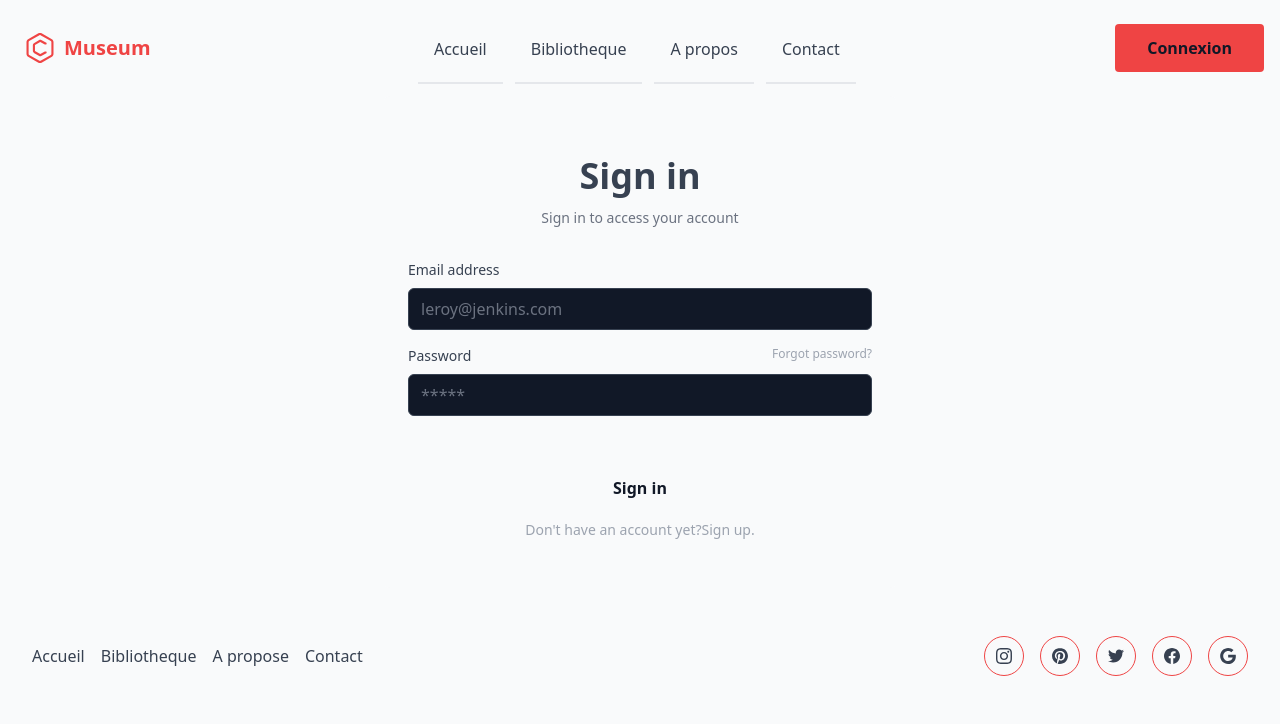
Repository: erulabs243/museum
Page: /login
An editor plug-in stored every save of this project. The page is shown before and after the next save, followed by the edit.
The browser window is 1280 px wide. The pictures show the whole page.
The project was rebuilt for these pictures with package versions that can differ from the ones it lists, and the page was loaded fresh each time. Also part of the build but not shown: vite.config.js, src/pages/admin/Home.jsx, src/pages/commons/NotFound.jsx, src/components/atoms/TagBadge.jsx, src/components/atoms/MyAudioPlayer.jsx, src/components/atoms/MyVideoPlayer.jsx, src/components/atoms/MediaCard.jsx, src/components/sections/Testimonial.jsx and 16 more.

Above is the page before, as saved 2022-08-10 18:55:33.

### index.html
<!DOCTYPE html>
<html lang="en">
  <head>
    <meta charset="UTF-8" />
    <link rel="icon" type="image/svg+xml" href="/vite.svg" />
    <link rel="stylesheet" href="src/theme/App.css">
    <meta name="viewport" content="width=device-width, initial-scale=1.0" />
    <title>Museum...</title>
  </head>
  <body class="bg-gray-50">
    <div id="root"></div>
    <script type="module" src="/src/main.jsx"></script>
  </body>
</html>

### src/App.jsx
'use strict';

import {BrowserRouter, Route, Routes} from 'react-router-dom';
import { AdminRoutes, CommonsRoutes, UserRoutes, AuthRoutes } from './routes';

const App = () => {
  return (
      <BrowserRouter>
        <Routes>
          {AuthRoutes.map(route => <Route path={route.path} key={route.path} element={route.element} />)}
          {UserRoutes.map(route => <Route path={route.path} key={route.path} element={route.element} />)}
          {AdminRoutes.map(route => <Route path={route.path} key={route.path} element={route.element} />)}
          {CommonsRoutes.map(route => <Route path={route.path} key={route.path} element={route.element} />)}
        </Routes>
      </BrowserRouter>
  );
};

export default App

### src/routes/index.jsx
'use strict';

import AdminRoutes from "./AdminRoutes";
import CommonsRoutes from "./CommonsRoutes";
import UserRoutes from "./UserRoutes";
import AuthRoutes from "./AuthRoutes";

export {UserRoutes, AdminRoutes, CommonsRoutes, AuthRoutes};

### src/routes/AdminRoutes.jsx
'use strict';

import { Home } from "../pages/admin";

const AdminRoutes = [
    {
        path: '/admin',
        element: <Home />
    }
];

export default AdminRoutes;

### src/routes/CommonsRoutes.jsx
'use strict';

import { NotFound } from '../pages/commons';

const CommonsRoutes = [
    {
        path: '*',
        element: <NotFound />
    }
];

export default CommonsRoutes;

### src/routes/UserRoutes.jsx
'use strict';

import {
    About,
    Contact,
    Gallery,
    Home,
    Library,
    Podcast,
    Story,
    Testimonials,
    Videos
} from '../pages/user';

const UserRoutes = [
    {
        path: '/',
        element: <Home />
    },
    {
        path: '/contact',
        element: <Contact />
    },
    {
        path: '/library',
        element: <Library />
    },
    {
        path: '/stories',
        element: <Testimonials />
    },
    {
        path: '/stories/:slug',
        element: <Story />
    },
    {
        path: '/gallery',
        element: <Gallery />
    },
    {
        path: '/videos',
        element: <Videos />
    },
    {
        path: '/podcast',
        element: <Podcast />
    },
    {
        path: '/about',
        element: <About />
    }
];

export default UserRoutes;

### src/routes/AuthRoutes.jsx
'use strict';

import { Login } from '../pages/auth';

const AuthRoutes = [
    {
        path: '/login',
        element: <Login />
    }
];

export default AuthRoutes;

### src/pages/admin/index.jsx
'use strict';

import Home from './Home';

export {Home};

### src/pages/commons/index.jsx
'use strict';

import NotFound from './NotFound';

export { NotFound };

### src/pages/user/index.jsx
'use strict';

import Blog from './Blog';
import Contact from './Contact';
import Gallery from './Gallery';
import Library from './Library';
import Podcast from './Podcast';
import Testimonials from './Testimonials';
import Videos from './Videos';
import Home from './Home';
import Story from './Story';
import About from './About';

export { Home, Blog, Contact, Gallery, Library, Podcast, Testimonials, Videos, Story, About };

### src/pages/auth/index.jsx
'use strict';

import Login from "./Login";

export {Login};

### src/pages/auth/Login.jsx
'use strict';

import { Navbar, Footer } from '../../components/sections';

const Login = () => {
    return (
        <main>
            <Navbar />
            <div className="flex flex-col mx-auto max-w-lg p-6 py-12 rounded-md sm:p-10 bg-gray-50 text-gray-700">
                <div className="mb-8 text-center">
                    <h1 className="my-3 text-4xl font-bold">Sign in</h1>
                    <p className="text-sm text-gray-500">Sign in to access your account</p>
                </div>
                <form
                    noValidate=""
                    action=""
                    className="space-y-12 ng-untouched ng-pristine ng-valid">
                    <div className="space-y-4">
                        <div>
                            <label htmlFor="email" className="block mb-2 text-sm">
                                Email address
                            </label>
                            <input
                                type="email"
                                name="email"
                                id="email"
                                placeholder="leroy@jenkins.com"
                                className="w-full px-3 py-2 border rounded-md border-gray-700 bg-gray-900 text-gray-100"
                            />
                        </div>
                        <div>
                            <div className="flex justify-between mb-2">
                                <label htmlFor="password" className="text-sm">
                                    Password
                                </label>
                                <a
                                    rel="noopener noreferrer"
                                    href="#"
                                    className="text-xs hover:underline text-gray-400">
                                    Forgot password?
                                </a>
                            </div>
                            <input
                                type="password"
                                name="password"
                                id="password"
                                placeholder="*****"
                                className="w-full px-3 py-2 border rounded-md border-gray-700 bg-gray-900 text-gray-100"
                            />
                        </div>
                    </div>
                    <div className="space-y-2">
                        <div>
                            <button
                                type="button"
                                className="w-full px-8 py-3 font-semibold rounded-md bg-violet-400 text-gray-900">
                                Sign in
                            </button>
                        </div>
                        <p className="px-6 text-sm text-center text-gray-400">
                            Don't have an account yet?
                            <a
                                rel="noopener noreferrer"
                                href="#"
                                className="hover:underline text-violet-400">
                                Sign up
                            </a>
                            .
                        </p>
                    </div>
                </form>
            </div>

            <Footer />
        </main>
    );
};

export default Login;

### src/components/sections/index.jsx
'use strict';

import Navbar from './Navbar';
import Footer from './Footer';
import Testimonial from './Testimonial';
import LibraryHeader from './LibraryHeader';
import Pagination from './Pagination';
import Article from './Article';
import Image from './Image';
import Modal from './Modal';

export { Navbar, Footer, Testimonial, LibraryHeader, Pagination, Article, Image, Modal };

### src/components/atoms/index.jsx
'use strict';

import NavLink from './headers/NavLink';
import Button from './headers/Button';
import TagBadge from './TagBadge';
import MyAudioPlayer from './MyAudioPlayer';
import MyVideoPlayer from './MyVideoPlayer';
import MediaCard from './MediaCard';

export { Button, NavLink, TagBadge, MyAudioPlayer, MyVideoPlayer, MediaCard };

### src/components/sections/Navbar.jsx
'use strict';

import { Button, NavLink } from '../atoms';

import { MenuAlt1Icon } from '@heroicons/react/solid';

const setActiveMenu = (menu) => {
    const urlHref = window.location.href;
    let url = urlHref;
    url = url.substring(url.lastIndexOf('/') + 1);
    if (
        urlHref.includes('stories') ||
        urlHref.includes('videos') ||
        urlHref.includes('podcast') ||
        urlHref.includes('gallery')
    )
        url = 'library';

    return menu == 'home' && url == '' ? true : url.includes(menu);
};

const Navbar = () => {
    return (
        <header className="p-4 sticky top-0 bg-gray-50 text-gray-700">
            <div className="container flex justify-between h-16 mx-auto">
                <a
                    rel="noopener noreferrer"
                    href="#"
                    aria-label="Back to homepage"
                    className="flex items-center p-2">
                    <svg
                        xmlns="http://www.w3.org/2000/svg"
                        fill="currentColor"
                        viewBox="0 0 32 32"
                        className="w-8 h-8 text-red-500">
                        <path d="M27.912 7.289l-10.324-5.961c-0.455-0.268-1.002-0.425-1.588-0.425s-1.133 0.158-1.604 0.433l0.015-0.008-10.324 5.961c-0.955 0.561-1.586 1.582-1.588 2.75v11.922c0.002 1.168 0.635 2.189 1.574 2.742l0.016 0.008 10.322 5.961c0.455 0.267 1.004 0.425 1.59 0.425 0.584 0 1.131-0.158 1.602-0.433l-0.014 0.008 10.322-5.961c0.955-0.561 1.586-1.582 1.588-2.75v-11.922c-0.002-1.168-0.633-2.189-1.573-2.742zM27.383 21.961c0 0.389-0.211 0.73-0.526 0.914l-0.004 0.002-10.324 5.961c-0.152 0.088-0.334 0.142-0.53 0.142s-0.377-0.053-0.535-0.145l0.005 0.002-10.324-5.961c-0.319-0.186-0.529-0.527-0.529-0.916v-11.922c0-0.389 0.211-0.73 0.526-0.914l0.004-0.002 10.324-5.961c0.152-0.090 0.334-0.143 0.53-0.143s0.377 0.053 0.535 0.144l-0.006-0.002 10.324 5.961c0.319 0.185 0.529 0.527 0.529 0.916z"></path>
                        <path d="M22.094 19.451h-0.758c-0.188 0-0.363 0.049-0.515 0.135l0.006-0.004-4.574 2.512-5.282-3.049v-6.082l5.282-3.051 4.576 2.504c0.146 0.082 0.323 0.131 0.508 0.131h0.758c0.293 0 0.529-0.239 0.529-0.531v-0.716c0-0.2-0.11-0.373-0.271-0.463l-0.004-0.002-5.078-2.777c-0.293-0.164-0.645-0.26-1.015-0.26-0.39 0-0.756 0.106-1.070 0.289l0.010-0.006-5.281 3.049c-0.636 0.375-1.056 1.055-1.059 1.834v6.082c0 0.779 0.422 1.461 1.049 1.828l0.009 0.006 5.281 3.049c0.305 0.178 0.67 0.284 1.061 0.284 0.373 0 0.723-0.098 1.027-0.265l-0.012 0.006 5.080-2.787c0.166-0.091 0.276-0.265 0.276-0.465v-0.716c0-0.293-0.238-0.529-0.529-0.529z"></path>
                    </svg>
                    <span className="ml-2 text-xl font-semibold text-red-500">Museum</span>
                </a>
                <div className="absolute right-7 self-center lg:hidden">
                    <MenuAlt1Icon className="peer sticky w-7 h-7 text-gray-700 hover:text-red-500 hover:cursor-pointer" />
                    <ul className="peer-hover:flex items-stretch space-x-3 lg:hidden">
                        <li className="flex">
                            <NavLink
                                link={{ name: 'Accueil', path: '', active: setActiveMenu('home') }}
                            />
                        </li>
                        <li className="flex">
                            <NavLink
                                link={{
                                    name: 'Bibliotheque',
                                    path: 'stories',
                                    active: setActiveMenu('library')
                                }}
                            />
                        </li>
                        <li className="flex">
                            <NavLink
                                link={{
                                    name: 'A propos',
                                    path: 'about',
                                    active: setActiveMenu('about')
                                }}
                            />
                        </li>
                        <li className="flex">
                            <NavLink
                                link={{
                                    name: 'Contact',
                                    path: 'contact',
                                    active: setActiveMenu('contact')
                                }}
                            />
                        </li>
                    </ul>
                </div>
                <ul className="items-stretch hidden space-x-3 lg:flex">
                    <li className="flex">
                        <NavLink
                            link={{ name: 'Accueil', path: '', active: setActiveMenu('home') }}
                        />
                    </li>
                    <li className="flex">
                        <NavLink
                            link={{
                                name: 'Bibliotheque',
                                path: 'stories',
                                active: setActiveMenu('library')
                            }}
                        />
                    </li>
                    <li className="flex">
                        <NavLink
                            link={{
                                name: 'A propos',
                                path: 'about',
                                active: setActiveMenu('about')
                            }}
                        />
                    </li>
                    <li className="flex">
                        <NavLink
                            link={{
                                name: 'Contact',
                                path: 'contact',
                                active: setActiveMenu('contact')
                            }}
                        />
                    </li>
                </ul>
                <div className="items-center flex-shrink-0 hidden lg:flex">
                    {/* <button className="self-center px-8 py-3 rounded">Sign in</button> */}
                    <Button link={{ name: 'Connexion', path: 'login' }} />
                </div>
                <button className="p-4 lg:hidden">
                    <svg
                        xmlns="http://www.w3.org/2000/svg"
                        fill="none"
                        viewBox="0 0 24 24"
                        stroke="currentColor"
                        className="w-6 h-6 text-gray-100">
                        <path
                            strokeLinecap="round"
                            strokeLinejoin="round"
                            strokeWidth="2"
                            d="M4 6h16M4 12h16M4 18h16"></path>
                    </svg>
                </button>
            </div>
        </header>
    );
};

export default Navbar;

### src/components/atoms/headers/NavLink.jsx
'use strict';

import { Link } from 'react-router-dom';

const NavLink = ({ link = {} }) => {
  return (
    <Link
      rel="noopener noreferrer"
      to={`/${link.path}`}
      className={
        link.active
          ? 'flex items-center px-4 -mb-1 border-b-2 dark:border-transparent dark:text-red-500 dark:border-red-500'
          : 'flex items-center px-4 -mb-1 border-b-2 dark:border-transparent'
      }>
      {link.name}
    </Link>
  );
};

export default NavLink;

### src/components/atoms/headers/Button.jsx
'use strict';

import PropTypes from 'prop-types';
import { Link } from 'react-router-dom';

const Button = ({ link = {} }) => {
    return (
        <Link
            to={`/${link.path}`}
            className="self-center px-8 py-3 font-semibold rounded bg-red-500 text-gray-900">
            {link.name}
        </Link>
    );
};

Button.propTypes = {
    link: PropTypes.object.isRequired
};

export default Button;

Loaded but not shown: src/main.jsx (common file); src/theme/App.css (2450 lines, source omitted); src/components/sections/Footer.jsx (105 lines, source omitted)

After the next save:
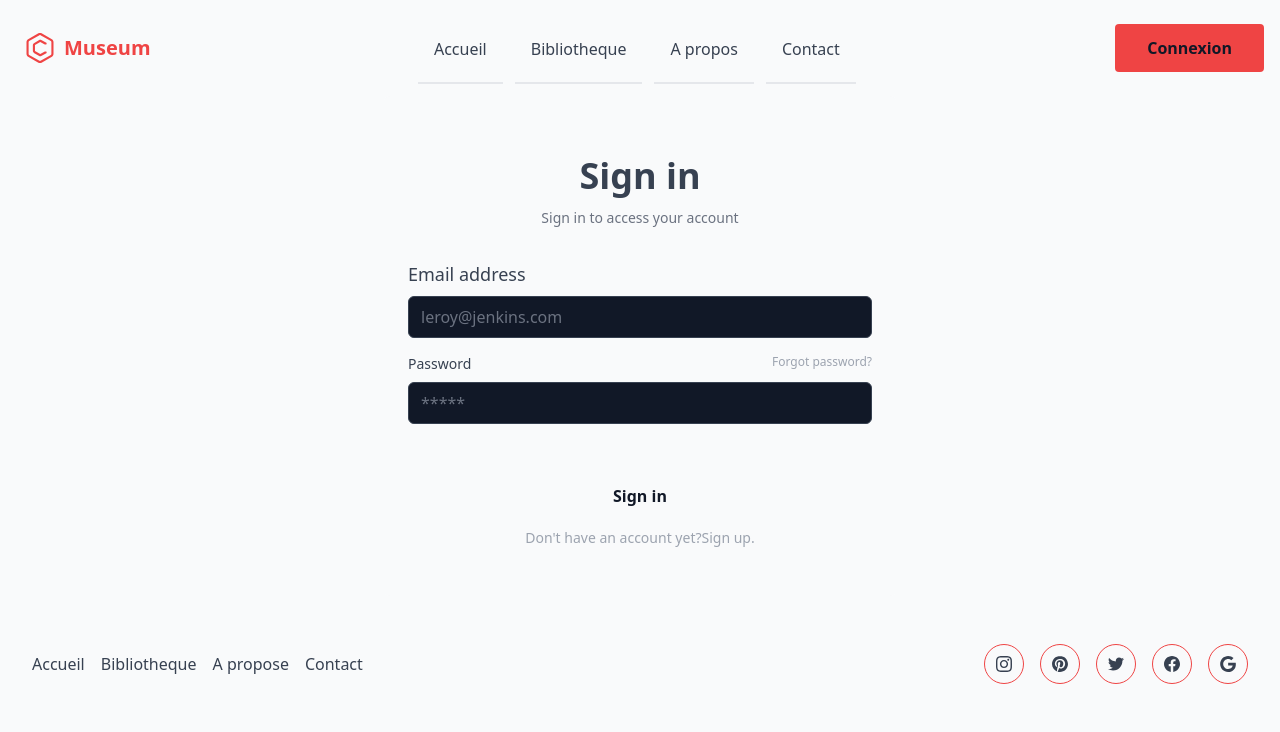
Saved 11 s later.
--- a/src/pages/auth/Login.jsx
+++ b/src/pages/auth/Login.jsx
@@ -17,7 +17,7 @@ const Login = () => {
                     className="space-y-12 ng-untouched ng-pristine ng-valid">
                     <div className="space-y-4">
                         <div>
-                            <label htmlFor="email" className="block mb-2 text-sm">
+                            <label htmlFor="email" className="block mb-2 text-lg">
                                 Email address
                             </label>
                             <input
